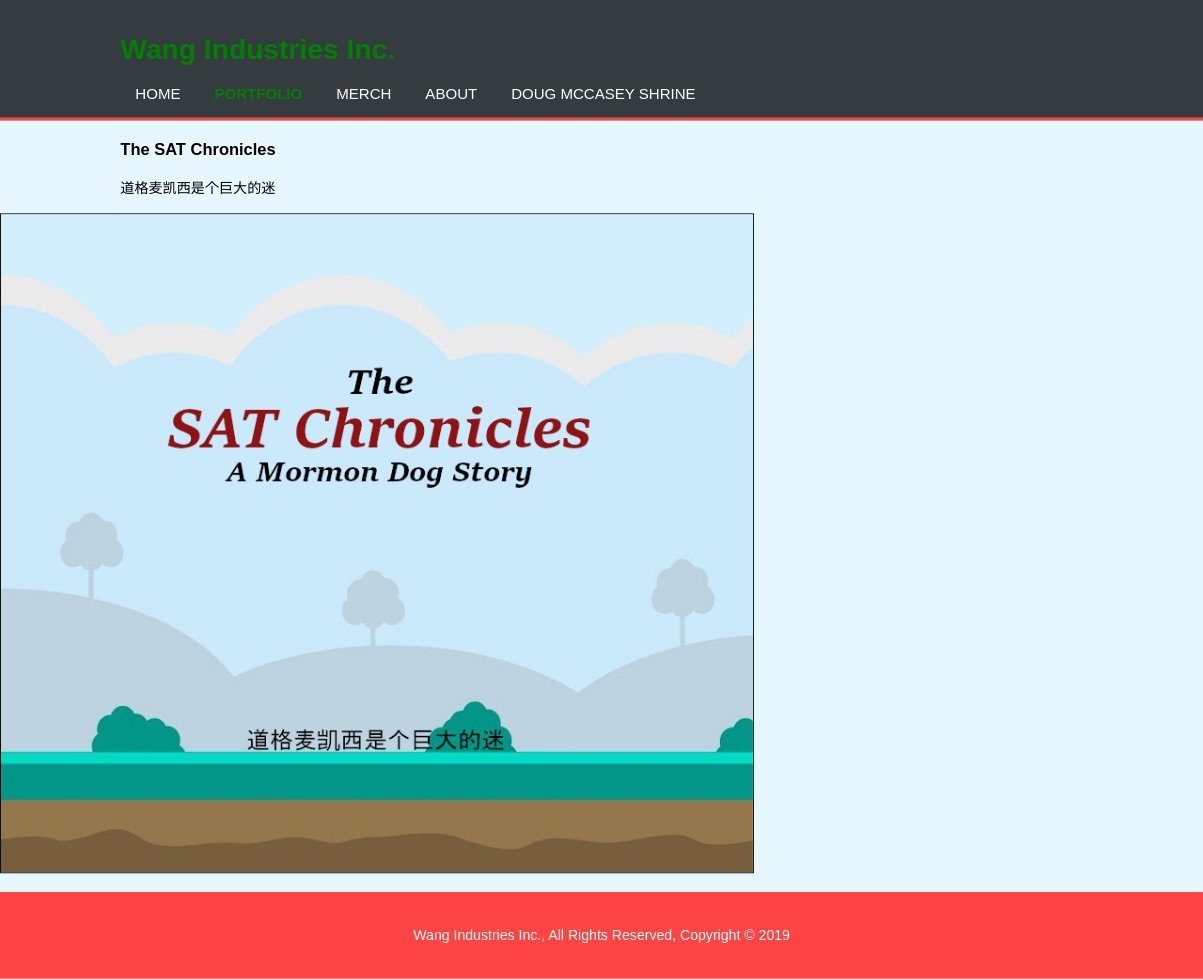
Repository: albert031/albert031.github.io
Page: projects/thesatchronicles.html
The author's editor kept a record of every edit. The page is drawn from the files as they stood at one moment, then again after the next edit.
The browser window is 1280 px wide. The pictures show the whole page, at 94% of full size.

Above is the page before.

After the next edit:
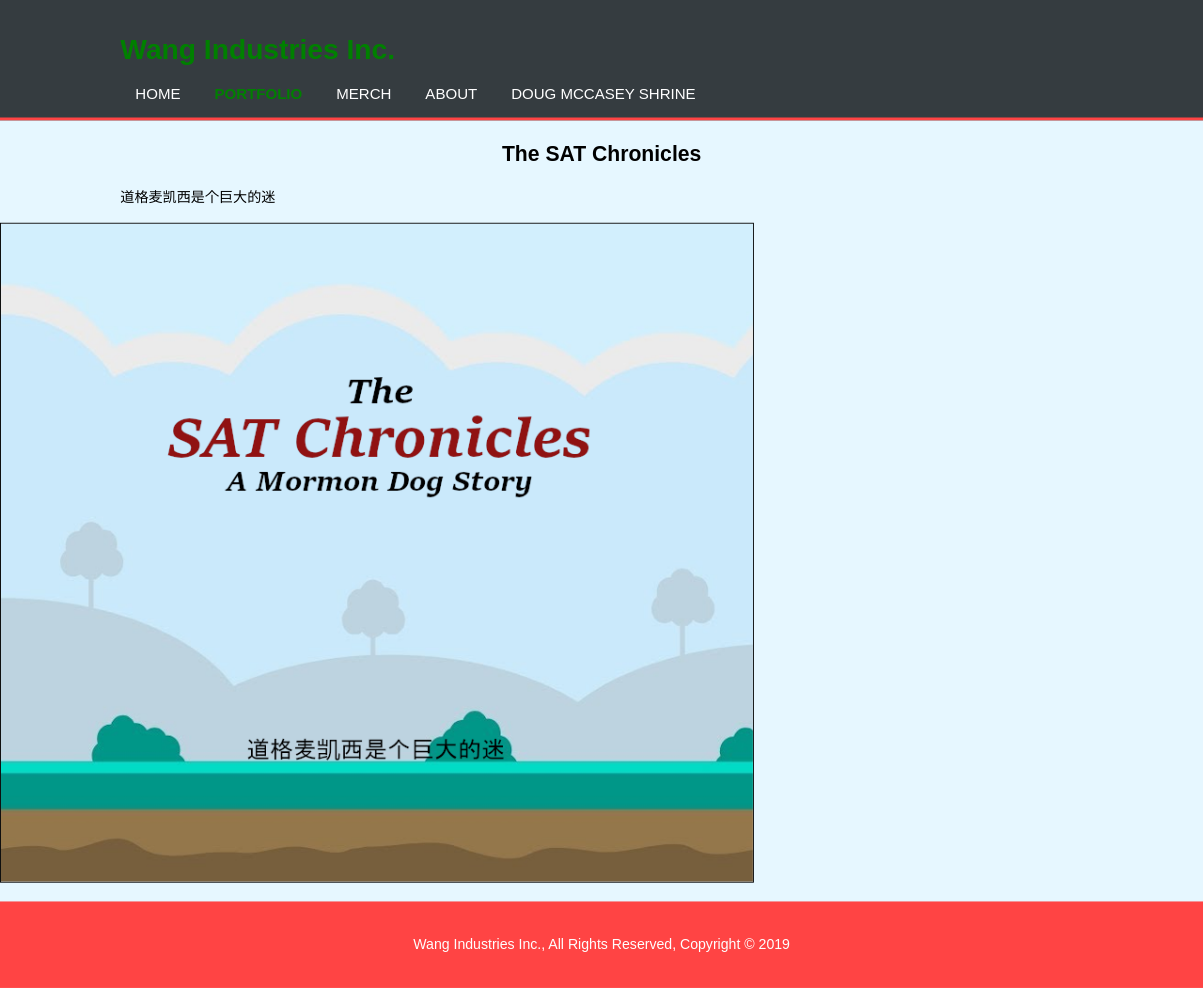
The edit:
--- a/projects/thesatchronicles.html
+++ b/projects/thesatchronicles.html
@@ -48,8 +48,8 @@
 
     <section id=main>
       <div class=container>
-        <article id=main-col>
-          <h1>The SAT Chronicles</h1>
+        <div id=main-col>
+          <h1 align=center>The SAT Chronicles</h1>
           <p>道格麦凯西是个巨大的迷</p>
         </article>
       </div>
